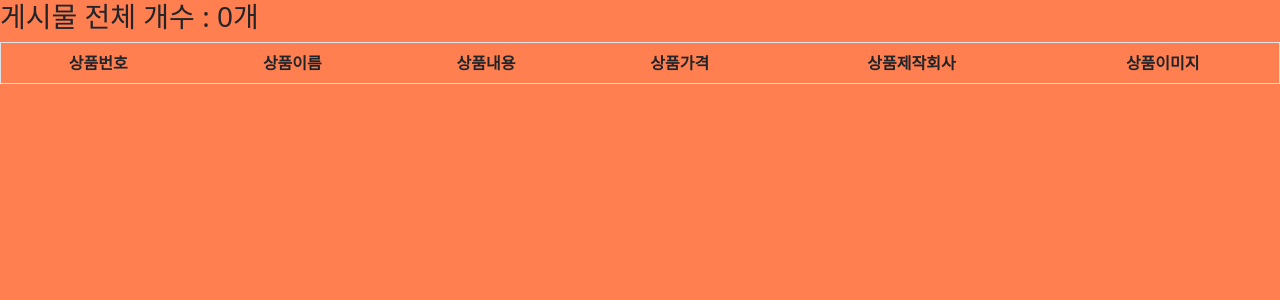
Repository: Hugh-KR/JSP_Project
Page: http://localhost/JSP_Project/product_all.jsp
The author's editor kept a copy of each file at every save. The page is drawn from the files as they stood at one save, then again after the next save.
The browser window is 1280 px wide. The pictures show the whole page.
The page is served by Tomcat 9. Other server files are loaded and not shown. Queries for data that is not in the repository find no rows.

Above is the page before, as saved 2022-11-08 06:54:40.

### JSP_Project/src/main/webapp/product_all.jsp
<%@page import="db_connect.ProductVO"%>
<%@page import="java.util.ArrayList"%>
<%@page import="db_connect.ProductDAO"%>
<%@ page language="java" contentType="text/html; charset=UTF-8"
	pageEncoding="UTF-8"%>

<%
ProductDAO dao = new ProductDAO();
ArrayList<ProductVO> list = dao.list();
%>
<!DOCTYPE html>
<html>
<head>
<title>Insert title here</title>
<meta charset="UTF-8">
 <meta name="viewport" content="width=device-width, initial-scale=1">
  <link href="https://cdn.jsdelivr.net/npm/bootstrap@5.2.2/dist/css/bootstrap.min.css"
  rel="stylesheet">
  <script src="https://cdn.jsdelivr.net/npm/bootstrap@5.2.2/dist/js/bootstrap.bundle.min.js"></script>

<style type="text/css">
body {background-color: coral;}
tr{
text-align: center;
}
tr:nth-child(even){
background-color: #f2f2f2
}
th {
  background-color: white
  color: white;
}
</style>
</head>
<body>
	<h3>
		게시물 전체 개수 :
		<%=list.size()%>개
	</h3>

	<table class="table table-hover" border="1">
		<tr>
			<th>상품번호</th>
			<th>상품이름</th>
			<th>상품내용</th>
			<th>상품가격</th>
			<th>상품제작회사</th>
			<th>상품이미지</th>
		</tr>
		<%
		for (ProductVO bag : list) {
		%>
		<tr>
			<td><%=bag.getID()%></td>
			<td><%=bag.getNAME()%></td>
			<td><%=bag.getCONTENT()%></td>
			<td><%=bag.getPRICE()%></td>
			<td><%=bag.getCOMPANY()%></td>
			<td><img src="img/<%=bag.getIMG()%>" width ="100" height="100"></td>
		</tr>
		<%
		} //for
		%>
	</table>

</body>
</html>

### JSP_Project/src/main/java/db_connect/ProductDAO.java
package db_connect;

import java.sql.Connection;
import java.sql.DriverManager;
import java.sql.PreparedStatement;
import java.sql.ResultSet;
import java.util.ArrayList;

import javax.swing.JOptionPane;

public class ProductDAO {

	public ArrayList<ProductVO> list() {

		// vo를 넣어줄 커다란 박스역할을 할 수 부품을 사용 예정
		// 가변길이인 경우 arraylist
		// MemberVO가 많이 들어간 arraylist박스를 하나 만들어줌.
		ArrayList<ProductVO> list = new ArrayList<>();

		// 1. 드라이버 설정- 드라이버(커넥터) 로딩
		try {
			Class.forName("com.mysql.cj.jdbc.Driver");
			// 특정한 위치에 있는 드라이버 파일을 램에 읽어들여 설정
			System.out.println("1. 드라이버 설정 성공.@@@@");

			// 2. db연결 mySQL: school, oracle: xe
			String url = "jdbc:mysql://localhost:3306/mydb";
			String user = "abcd";
			String password = "12345678";
			Connection con = DriverManager.getConnection(url, user, password); // Connection
			System.out.println("2. db연결 성공.@@@@@@");

			// 3. sql문을 만든다.
			String sql = "select * from PRODUCT";
			PreparedStatement ps = con.prepareStatement(sql);

			System.out.println("3. sql문 생성 성공.@@@@@");

			// 4. sql문을 db서버에 보낸다. --> 결과가 어떻게 되었는지 자바프로그램 알려줌.
			ResultSet rs = ps.executeQuery(); // r의 결과는 table, cud는 숫자(실행된row수) //1
			// rs.next() true면 결과가 있음. false면 결과가 없음.
			// System.out.println("4. sql문 db서버로 전송 성공. @@@@@ 반영된 row수 >>" + rs.next());
			while (rs.next()) { // 결과값이 true이면!!
				System.out.println("검색결과가 있음.");
				// 있으면
				// 1. 한 행의 값들을 추출
				// 2. vo를 만들어준다.
				// 3. vo에 추출한 값들을 넣어준다.
				// 4. vo를 list에 넣어준다.
				String id = rs.getString(1); // 컬럼의 순서 1번 id값 추출
				String name = rs.getString(2);
				String content = rs.getString(3);
				int price = rs.getInt(4);
				String company = rs.getString(5);
				String img = rs.getString(6);

				// UI에서 사용자가 검색한 결과를 볼 수 있어야 한다.
				// 4개의 데이터를 UI에게 return!!해주자.
				// 1) 가방을 만들어서,
				ProductVO bag = new ProductVO();
				// 2) 데이터를 넣고,
				bag.setID(id);
				bag.setNAME(name);
				bag.setCONTENT(content);
				bag.setPRICE(price);
				bag.setCOMPANY(company);
				bag.setIMG(img);

				list.add(bag);
				// 3) return하자.(전달)
			} // while
			System.out.println("box(list)에 들어간 가방의 갯수>> " + list.size());
			// db처리와 관련된 메모리 할당된 것 해제시켜주자.
			ps.close();
			con.close();
			rs.close();
		} catch (Exception e) {
			e.printStackTrace();
		}
		// 메서드의 처리를 다 끝내고, 결과를 보내줘라는 개념. 맨 끝에 써야함.
		return list;
	} // list

	// 기능하나만 메서드 하나 구현(검색 1명 기능-row 1개)
	public int login(MemberVO bag) {
		// 전달된 값 제대로 전달되었는지 확인하는 습관이 좋음.
		System.out.println(bag);

		// 1. 드라이버 설정- 드라이버(커넥터) 로딩
		// db의 유형, 버전에 따라 매우 많음.
		// 필요할 때 다운로드 받아 써야 함.
		int result = 0; // 0인 경우, 실패라고 하자.!

		try {
			Class.forName("com.mysql.cj.jdbc.Driver");
			// 특정한 위치에 있는 드라이버 파일을 램에 읽어들여 설정
			System.out.println("1. 드라이버 설정 성공.@@@@");

			// 2. db연결 mySQL: school, oracle: xe
			String url = "jdbc:mysql://localhost:3306/mydb";
			String user = "abcd";
			String password = "12345678";
			Connection con = DriverManager.getConnection(url, user, password); // Connection
			System.out.println("2. db연결 성공.@@@@@@");

			// 3. sql문을 만든다.
			String sql = "select * from member where id = ? and pw = ?"; // 1, 2번 2개의 물음표 번호
			PreparedStatement ps = con.prepareStatement(sql);
			ps.setString(1, bag.getId()); // 1번 물음표에 id에 저장해놓은 값을 스트링으로 넣어줘!
			ps.setString(2, bag.getPw());
			System.out.println("3. sql문 생성 성공.@@@@@");

			// 4. sql문을 db서버에 보낸다. --> 결과가 어떻게 되었는지 자바프로그램 알려줌.
			ResultSet rs = ps.executeQuery(); // r의 결과는 table, cud는 숫자(실행된row수) //1
			// rs.next() true면 결과가 있음. false면 결과가 없음.
			// System.out.println("4. sql문 db서버로 전송 성공. @@@@@ 반영된 row수 >>" + rs.next());
			if (rs.next()) { // 결과값이 true이면!!
				System.out.println("검색결과가 있음.");
				result = 1;
				// 3) return하자.(전달)
			}
			// db처리와 관련된 메모리 할당된 것 해제시켜주자.
			ps.close();
			con.close();
			rs.close();
		} catch (Exception e) {
			e.printStackTrace();
		}
		// 메서드의 처리를 다 끝내고, 결과를 보내줘라는 개념. 맨 끝에 써야함.
		return result;
	} // login

	// 기능하나만 메서드 하나 구현(검색 1명 기능-row 1개)
	public MemberVO one(String id) {
		// 전달된 값 제대로 전달되었는지 확인하는 습관이 좋음.
		System.out.println(id);

		// 1. 드라이버 설정- 드라이버(커넥터) 로딩
		// db의 유형, 버전에 따라 매우 많음.
		// 필요할 때 다운로드 받아 써야 함.
		MemberVO bag = null; // 쓰레기값!!--> 변수 초기화시켜주어야함.!

		try {
			Class.forName("com.mysql.cj.jdbc.Driver");
			// 특정한 위치에 있는 드라이버 파일을 램에 읽어들여 설정
			System.out.println("1. 드라이버 설정 성공.@@@@");

			// 2. db연결 mySQL: school, oracle: xe
			String url = "jdbc:mysql://localhost:3306/mydb";
			String user = "abcd";
			String password = "12345678";
			Connection con = DriverManager.getConnection(url, user, password); // Connection
			System.out.println("2. db연결 성공.@@@@@@");

			// 3. sql문을 만든다.
			String sql = "select * from member where id = ?";
			PreparedStatement ps = con.prepareStatement(sql);
			ps.setString(1, id); // 1번 물음표에 id에 저장해놓은 값을 스트링으로 넣어줘!
			System.out.println("3. sql문 생성 성공.@@@@@");
			// String site = "http://www.naver.com";
			// Url url = new Url(site); //객체화!!

			// 4. sql문을 db서버에 보낸다. --> 결과가 어떻게 되었는지 자바프로그램 알려줌.
			ResultSet rs = ps.executeQuery(); // r의 결과는 table, cud는 숫자(실행된row수) //1
			// rs.next() true면 결과가 있음. false면 결과가 없음.
			// System.out.println("4. sql문 db서버로 전송 성공. @@@@@ 반영된 row수 >>" + rs.next());
			if (rs.next()) { // 결과값이 true이면!!
				System.out.println("검색결과가 있음.");
				String id2 = rs.getString(1); // 컬럼의 순서 1번 id값 추출
				String pw = rs.getString("pw");
				String name = rs.getString(3);
				String tel = rs.getString(4);
				System.out.println("검색한 결과>>" + id2 + " " + pw + " " + name + " " + tel);

				// UI에서 사용자가 검색한 결과를 볼 수 있어야 한다.
				// 4개의 데이터를 UI에게 return!!해주자.
				// 1) 가방을 만들어서,
				bag = new MemberVO();
				// 2) 데이터를 넣고,
				bag.setId(id2);
				bag.setPw(pw);
				bag.setName(name);
				bag.setTel(tel);

				// 3) return하자.(전달)
			}
			// db처리와 관련된 메모리 할당된 것 해제시켜주자.
			ps.close();
			con.close();
			rs.close();
		} catch (Exception e) {
			e.printStackTrace();
		}
		// 메서드의 처리를 다 끝내고, 결과를 보내줘라는 개념. 맨 끝에 써야함.
		return bag;
	} // one

	// 기능하나만 메서드 하나 구현(등록기능)
	public void insert(ProductVO bag) { // String id
		System.out.println(bag); // toString()호출, 가방에 들어있는 값들이 프린트
		// 자바에서 DBMS를 연결하려고 함.
		// JDBC 프로그래밍 절차
		// 4단계 절차
		// 1. 드라이버 설정- 드라이버(커넥터) 로딩
		// db의 유형, 버전에 따라 매우 많음.
		// 필요할 때 다운로드 받아 써야 함.
		try {
			Class.forName("com.mysql.cj.jdbc.Driver");
			// 특정한 위치에 있는 드라이버 파일을 램에 읽어들여 설정
			System.out.println("1. 드라이버 설정 성공.@@@@");

			// 2. db연결 mySQL: school, oracle: xe
			String url = "jdbc:mysql://localhost:3306/mydb";
			String user = "abcd";
			String password = "12345678";
			Connection con = DriverManager.getConnection(url, user, password); // Connection
			System.out.println("2. db연결 성공.@@@@@@");

			// 3. sql문을 만든다.
			String sql = "insert into PRODUCT values (?, ?, ?, ?, ?, ?)";
			// 준비된 문장(Preparedstatement)
			PreparedStatement ps = con.prepareStatement(sql);
			ps.setString(1, bag.getID() ); // 1번 물음표에 id에 저장해놓은 값을 스트링으로 넣어줘!
			ps.setString(2, bag.getNAME()); // 2번 물음표에 pw에 저장해놓은 값을 스트링으로 넣어줘!
			ps.setString(3, bag.getCONTENT()); // 3번 물음표에 name에 저장해놓은 값을 스트링으로 넣어줘!
			ps.setInt(4, bag.getPRICE()); // 4번 물음표에 tel에 저장해놓은 값을 스트링으로 넣어줘!
			ps.setString(5, bag.getCOMPANY()); // 4번 물음표에 tel에 저장해놓은 값을 스트링으로 넣어줘!
			ps.setString(6, bag.getIMG()); // 4번 물음표에 tel에 저장해놓은 값을 스트링으로 넣어줘!
			System.out.println("3. sql문 생성 성공.@@@@@");
			// String site = "http://www.naver.com";
			// Url url = new Url(site); //객체화!!

			// 4. sql문을 db서버에 보낸다. --> 결과가 어떻게 되었는지 자바프로그램 알려줌.
			String result2 = "실패";
			try {
				int result = ps.executeUpdate(); // r의 결과는 table, cud는 숫자(실행된row수) //1
				System.out.println("4. sql문 db서버로 전송 성공. @@@@@ 반영된 row수 >>" + result);
				if (result == 1) {
					result2 = "성공";
				}
			} catch (Exception e) {
				System.out.println("상품등록시 에러발생");
				e.printStackTrace(); //에러정보 프린트
			}
			JOptionPane.showMessageDialog(null, result2);  //컴파일 에러
			ps.close();
			con.close();
		} catch (Exception e) {
			e.printStackTrace();
		}
	} // insert

	// 기능하나만 메서드 하나 구현(탈퇴기능)
	public void delete(ProductVO bag) {
		// 자바에서 DBMS를 연결하려고 함.
		// JDBC 프로그래밍 절차
		// 4단계 절차
		// 1. 드라이버 설정- 드라이버(커넥터) 로딩
		// db의 유형, 버전에 따라 매우 많음.
		// 필요할 때 다운로드 받아 써야 함.
		try {
			Class.forName("com.mysql.cj.jdbc.Driver");
			// 특정한 위치에 있는 드라이버 파일을 램에 읽어들여 설정
			System.out.println("1. 드라이버 설정 성공.@@@@");

			// 2. db연결 mySQL: school, oracle: xe
			String url = "jdbc:mysql://localhost:3306/mydb";
			String user = "abcd";
			String password = "12345678";
			Connection con = DriverManager.getConnection(url, user, password); // Connection
			System.out.println("2. db연결 성공.@@@@@@");

			// 3. sql문을 만든다.
			String sql = "delete from PRODUCT where id = ?";
			// 준비된 문장(Preparedstatement)
			PreparedStatement ps = con.prepareStatement(sql);

			ps.setString(1, bag.getID()); // 1번 물음표에 id에 저장해놓은 값을 스트링으로 넣어줘!
			System.out.println("3. sql문 생성 성공.@@@@@");
			// String site = "http://www.naver.com";
			// Url url = new Url(site); //객체화!!

			// 4. sql문을 db서버에 보낸다. --> 결과가 어떻게 되었는지 자바프로그램 알려줌.
			int result = ps.executeUpdate(); // r의 결과는 table, cud는 숫자(실행된row수) //1
			System.out.println("4. sql문 db서버로 전송 성공. @@@@@ 반영된 row수 >>" + result);

			ps.close();
			con.close();
		} catch (Exception e) {
			e.printStackTrace();
		}

	} // delete

	public void update(ProductVO bag) {
		// 자바에서 DBMS를 연결하려고 함.
		// JDBC 프로그래밍 절차
		// 4단계 절차
		// 1. 드라이버 설정- 드라이버(커넥터) 로딩
		// db의 유형, 버전에 따라 매우 많음.
		// 필요할 때 다운로드 받아 써야 함.
		try {
			Class.forName("com.mysql.cj.jdbc.Driver");
			// 특정한 위치에 있는 드라이버 파일을 램에 읽어들여 설정
			System.out.println("1. 드라이버 설정 성공.@@@@");

			// 2. db연결 mySQL: school, oracle: xe
			String url = "jdbc:mysql://localhost:3306/mydb";
			String user = "abcd";
			String password = "12345678";
			Connection con = DriverManager.getConnection(url, user, password); // Connection
			System.out.println("2. db연결 성공.@@@@@@");

			// 3. sql문을 만든다.
			String sql = "UPDATE PRODUCT SET content=?  WHERE id=?";
			// 준비된 문장(Preparedstatement)
			PreparedStatement ps = con.prepareStatement(sql);

			ps.setString(1, bag.getCONTENT()); // 1번 물음표에 id에 저장해놓은 값을 스트링으로 넣어줘!
			ps.setString(2, bag.getID()); // 1번 물음표에 id에 저장해놓은 값을 스트링으로 넣어줘!
			System.out.println("3. sql문 생성 성공.@@@@@");
			// String site = "http://www.naver.com";
			// Url url = new Url(site); //객체화!!

			// 4. sql문을 db서버에 보낸다. --> 결과가 어떻게 되었는지 자바프로그램 알려줌.
			int result = ps.executeUpdate(); // r의 결과는 table, cud는 숫자(실행된row수) //1
			System.out.println("4. sql문 db서버로 전송 성공. @@@@@ 반영된 row수 >>" + result);

			ps.close();
			con.close();
		} catch (Exception e) {
			e.printStackTrace();
		}

	} // update

} // class

After the next save:
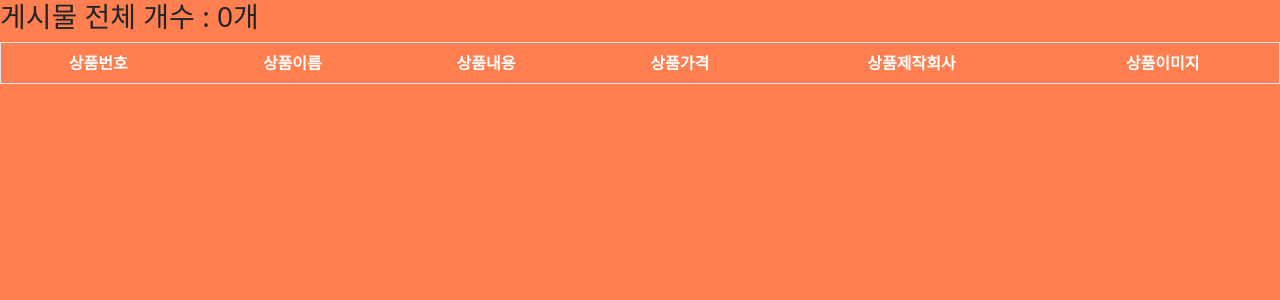
Saved 4 s later.
--- a/JSP_Project/src/main/webapp/product_all.jsp
+++ b/JSP_Project/src/main/webapp/product_all.jsp
@@ -27,7 +27,7 @@
 background-color: #f2f2f2
 }
 th {
-  background-color: white
+  background-color: white;
   color: white;
 }
 </style>

After the save that followed:
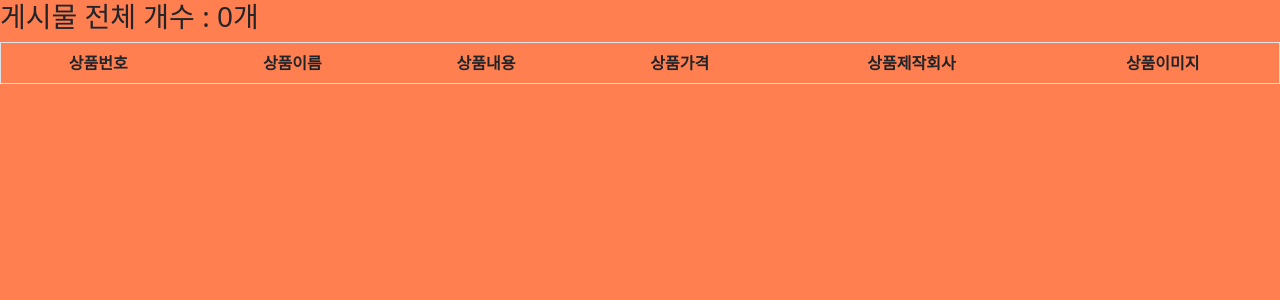
Saved 92 s later.
--- a/JSP_Project/src/main/webapp/product_all.jsp
+++ b/JSP_Project/src/main/webapp/product_all.jsp
@@ -28,7 +28,7 @@
 }
 th {
   background-color: white;
-  color: white;
+
 }
 </style>
 </head>
